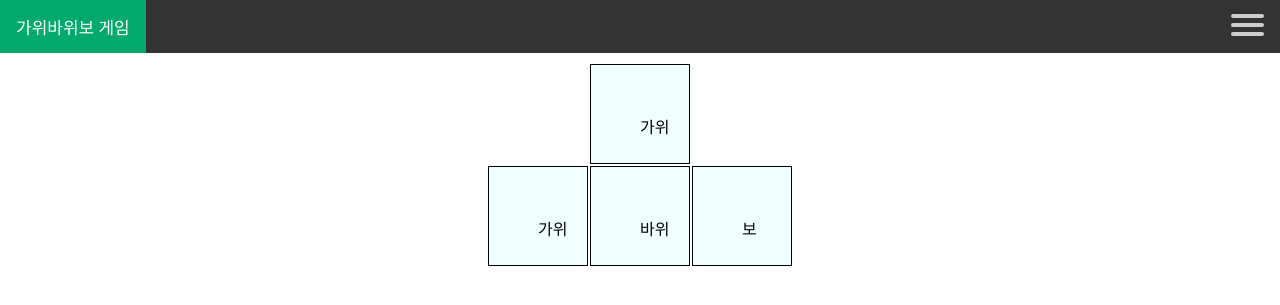
Repository: venandi48/RockScissorPaper-Game
Page: index.html
The author's editor kept a copy of each file at every save. The page is drawn from the files as they stood at one save, then again after the next save.
The browser window is 1280 px wide. The pictures show the whole page.
The style sheet was rebuilt from its Sass, Less or Tailwind sources for each picture, by a compiler version that may differ from the author's.

Above is the page before, as saved 2023-11-13 17:48:37.

After the next save:
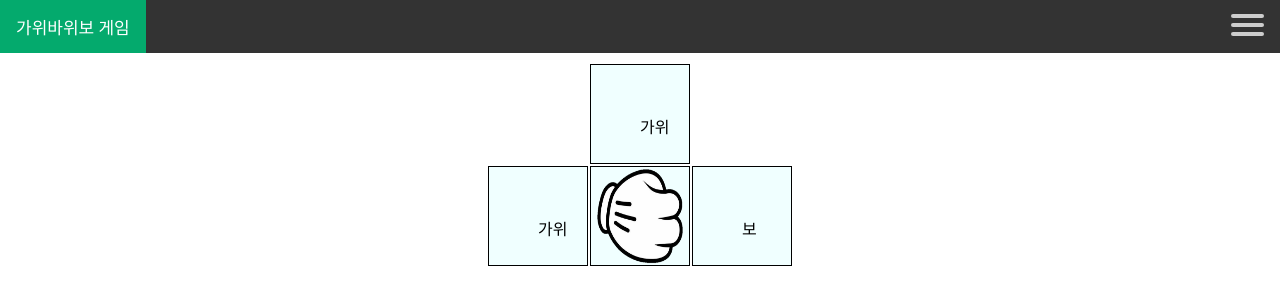
Saved 34 s later.
--- a/styles/style.scss
+++ b/styles/style.scss
@@ -144,8 +144,8 @@
     animation: gelatine 0.5s infinite;
   }
 
-  &.rock::before {
-    content: "바위";
+  &.rock {
+    content: url("../img/rock.png");
     animation-delay: 0.5s;
   }
 
